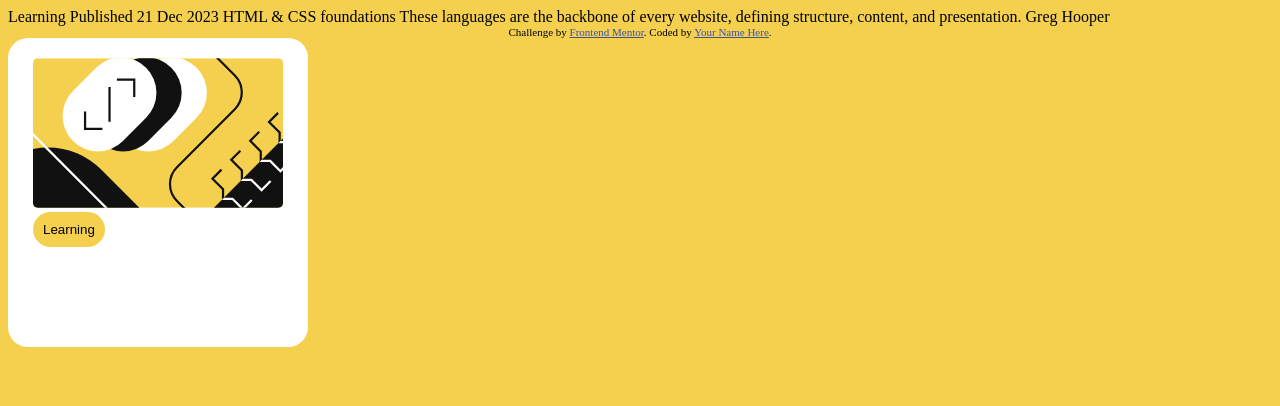
Repository: Dayvid0/FRONTEND_MENTOR_CHALLENGES
Page: index.html
An editor plug-in stored every save of this project. The page is shown before and after the next save, followed by the edit.
The browser window is 1280 px wide. The pictures show the whole page.

Above is the page before, as saved 2025-03-13 13:00:54.

After the next save:
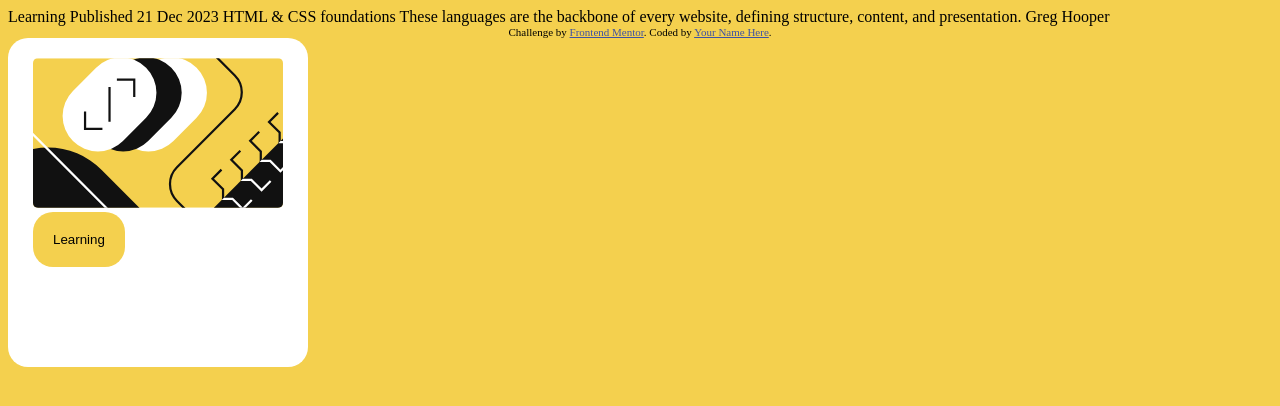
Saved 8 s later.
--- a/index.html
+++ b/index.html
@@ -32,9 +32,6 @@
       width: 250px;
       border-radius: 5px;
     }
-    .learning {
-      padding: 10px;
-    }
   </style>
 </head>
 <body>

After the save that followed:
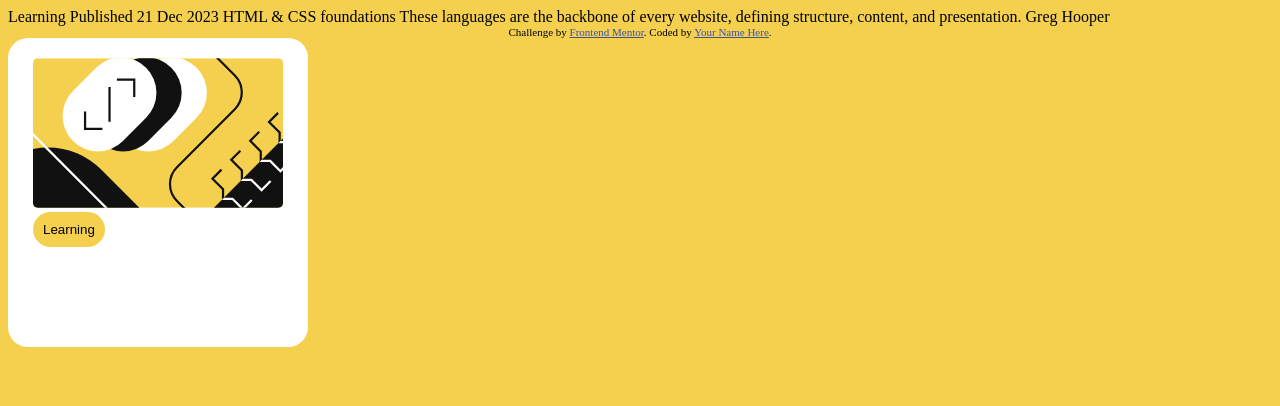
Saved 8 s later.
--- a/index.html
+++ b/index.html
@@ -16,7 +16,7 @@
       background-color:hsl(47, 88%, 63%) ;
       border: none;
       border-radius: 20px;
-      padding: 20px;
+      padding: 10px;
     }
     .card {
       display:flex;
